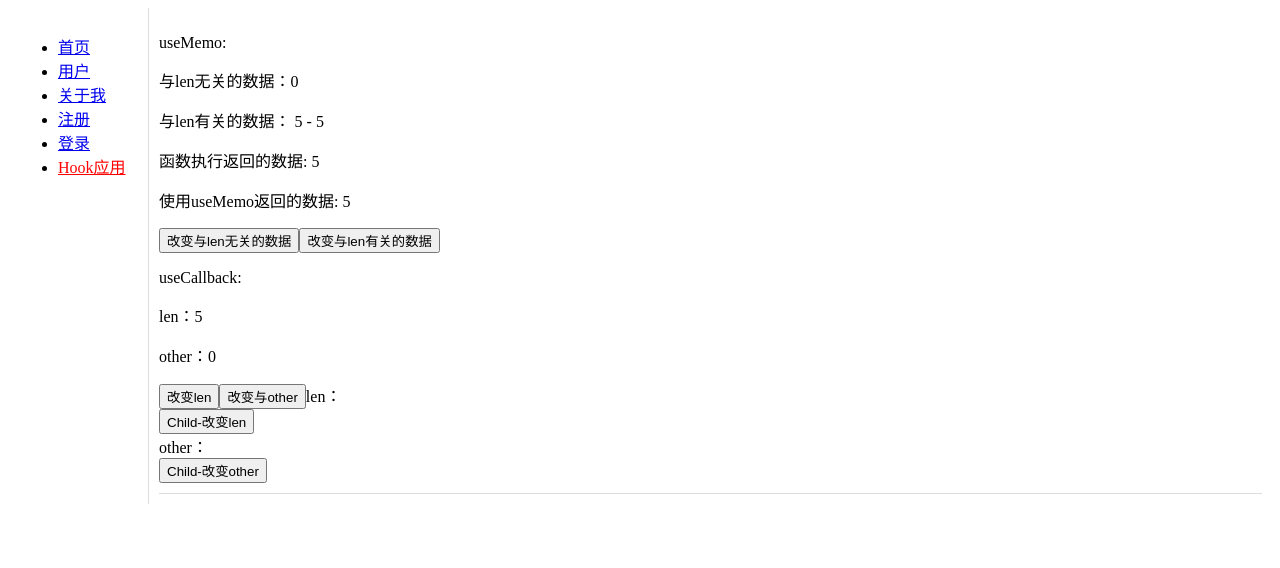
Repository: shellingfordly/js-library-Demo
Page: /hook (app in demo/react/demo/)
An editor plug-in stored every save of this project. The page is shown before and after the next save, followed by the edit.
The browser window is 1280 px wide. The pictures show the whole page.
The project was rebuilt for these pictures with package versions that can differ from the ones it lists, and the page was loaded fresh each time. Also part of the build but not shown: demo/react/demo/src/views/home/components/UseReducer.js, demo/react/demo/src/views/home/components/SetTimeout.js, demo/react/demo/src/views/home/hook/context.js, demo/react/demo/src/views/home/components/context/useContext.js, demo/react/demo/src/views/home/components/context/contextType.js, demo/react/demo/src/views/home/components/context/consumer.js, demo/react/demo/src/views/home/utils/highComponent.js, demo/react/demo/src/views/home/Home.js and 12 more.

Above is the page before, as saved 2021-01-18 08:45:32.

### demo/react/demo/src/index.js
import React from 'react';
import ReactDOM from 'react-dom';
import './index.css';
import App from './App';
import reportWebVitals from './reportWebVitals';
import {BrowserRouter as Route} from 'react-router-dom'

ReactDOM.render(
  <React.StrictMode>
    <Route>
      <App />
    </Route>
  </React.StrictMode>,
  document.getElementById('root')
);

// If you want to start measuring performance in your app, pass a function
// to log results (for example: reportWebVitals(console.log))
// or send to an analytics endpoint. Learn more: https://bit.ly/CRA-vitals
reportWebVitals();

### demo/react/demo/src/App.js

import './App.scss'
import { Component } from 'react'
import { NavLink, Route, Switch, Redirect } from 'react-router-dom'
import Home from './views/home/Home'
import About from './views/about/About'
import Register from './views/Register'
import User from './views/User'
import Login from './views/Login'
import store from './store'
import { userLogout } from './store/actions'
import Hook from './views/HookComponent'

export default class App extends Component {

  state = {
    isShow: false
  }

  componentDidMount() {
    store.subscribe(() => {
      const data = store.getState()
      this.setState({ isShow: data.isLogin })
    })
  }

  logout = () => {
    store.dispatch(userLogout())
  }


  render() {

    return (
      <div className="app">
        <div className="nav">
          <ul>
            <li>
              <NavLink to='/home'>首页</NavLink>
            </li>
            <li>
          <NavLink to='/user'>用户</NavLink>
            </li>
            <li>
          <NavLink to='/about'>关于我</NavLink>
            </li>
            <li>
          <NavLink to='/register'>注册</NavLink>
            </li>
            <li>
          <NavLink to='/login'>登录</NavLink>
            </li>
            <li>
          <NavLink to='/hook'>Hook应用</NavLink>
            </li>
          </ul>

        </div>
        <div className="content">
          <Switch>
            <Route path="/home" component={Home}></Route>
            <Route path="/user" component={User}></Route>
            <Route path="/about" component={About}></Route>
            <Route path="/register" component={Register}></Route>
            <Route path="/login" component={Login}></Route>
            <Route path="/hook" component={Hook}></Route>
            <Redirect to="/login"></Redirect>
          </Switch>
        </div>
      </div>


    )
  }
};

### demo/react/demo/src/App.scss
.app {
  // width: 80%;
  margin: auto;
  display: flex;

  .nav {
    width: 120px;
    padding: 10px;
    border-right: 1px solid #ddd;

    a {
      display: inline;
      width: 100%;
    }

    .active {
      color: red;
    }
  }

  .content {
    flex:1;
    padding: 10px;
    // display: flex;
    // justify-content: space-around;

    .login {
      .label {
        display: inline-block;
        width: 70px;
      }
      .btn {
        padding-top: 10px;
        text-align: center;

        button:first-child {
          margin-right: 10px;
        }
      }
    }
  }
}

.show {
  display: block;
}
.hide {
  display: none;
}

.b-line {
  padding-bottom: 10px;
  border-bottom: 1px solid #ddd;
}

### demo/react/demo/src/store/index.js
import {createStore, applyMiddleware}  from 'redux'
import thunk from 'redux-thunk'
import  rootReducer from './combineReducer'

export default createStore(rootReducer, applyMiddleware(thunk))

### demo/react/demo/src/store/actions.js
export function saveUser(data){
  return {
    type: 'SAVE',
    data
  }
}

export function getUser(data){
  return {
    type: 'GET',
    data
  }
}

export function userLogin(){
  return {
    type: 'LOGIN',
  }
}

export function userLogout(){
  return {
    type: 'LOGOUT',
  }
}

### demo/react/demo/src/views/HookComponent/index.js

import UseMemoComponent from './components/useMemo'
import UseCallbackComponent from './components/useCallback'

export default function HookComponent() {
  return (
    <div>
      <div className="b-line">
        <p>useMemo: </p>
        <UseMemoComponent />
        <p>useCallback:</p>
        <UseCallbackComponent />
      </div>
    </div>
  )
}

### demo/react/demo/src/store/combineReducer.js
import { combineReducers } from 'redux';

import * as reducer from './reducer';


const rootReducer = combineReducers({
  ...reducer
})

export default rootReducer;

### demo/react/demo/src/views/HookComponent/components/useMemo.js
import { useMemo, useState } from 'react'

export default function UseMemoComponent() {
  let [len, setLen] = useState(5)
  let [other, setOther] = useState(0)

  const memoData = useMemo(() => {
    console.log("memoData");
    let count = 0
    for (let i = 1; i <= len; i++) {
      count++
    }
    return count
  }, [len])

  function fnData() {
    console.log("fnData");
    let count = 0
    for (let i = 1; i <= len; i++) {
      count++
    }
    return count
  }

  return (
    <div>
      <p>与len无关的数据：{other} </p>
      <p> 与len有关的数据： {fnData()} - {memoData}</p>
      <p>函数执行返回的数据: {fnData()}</p>
      <p>使用useMemo返回的数据: {memoData}</p>
      <button onClick={() => { setOther(other++) }}>改变与len无关的数据</button>
      <button onClick={() => { setLen(len++) }}>改变与len有关的数据</button>
    </div>
  )
}

### demo/react/demo/src/views/HookComponent/components/useCallback.js
import { Component, PureComponent, useCallback, useState } from 'react'

export default function UseCallbackComponent() {
  let [len, setLen] = useState(5)
  let [other, setOther] = useState(0)

  function addLen() {
    setLen(len++)
  }

  const addOther = useCallback(() => {
    setOther(other++)
  }, [other])

  return (
    <div>
      <p>len：{len} </p>
      <p>other：{other} </p>
      <button onClick={addLen}>改变len</button>
      <button onClick={() => { setOther(len++) }}>改变与other</button>
      len：<LenChild addLen={addLen} />
      other：<OtherChild addOther={addOther} />
    </div>
  )
}

class LenChild extends Component {
  render() {
    console.log("未使用useCallback - 关联数据len");
    const { addLen } = this.props
    return (
      <div>
        <button onClick={addLen}>Child-改变len</button>
      </div>
    )
  }
}

class OtherChild extends PureComponent {
  render() {
    console.log("使用useCallback PureComponent - 关联数据other");
    const { addOther } = this.props
    return (
      <div>
        <button onClick={addOther}>Child-改变other</button>
      </div>
    )
  }
}

### demo/react/demo/src/store/reducer.js
const user_info = {
  username: '',
  password: '',
}

export function user(state = user_info, actions) {
  switch (actions.type) {
    case "SAVE":
      localStorage.setItem('user_info', JSON.stringify(actions.data))
      return { status: true, msg: '登录成功！' }
    case "GET":
      const hasUser = localStorage.getItem('user_info')
      if (hasUser) return { status: true, data: user, msg: '已登录！' }
      else return { status: false, msg: '未登录！' }
    default: return state
  }
}


export function isLogin(state = false, actions) {
  const hasUser = localStorage.getItem('user_info')
  switch (actions.type) {
    case "LOGIN":
      if (hasUser) return true
      else return false
    case "LOGOUT":
      if (hasUser) localStorage.removeItem('user_info')
      return false
    default: return state
  }
}

Loaded but not shown: demo/react/demo/public/index.html (common file); demo/react/demo/src/reportWebVitals.js (common file); demo/react/demo/src/index.css (no stored copy; drawn as an empty file)

After the next save:
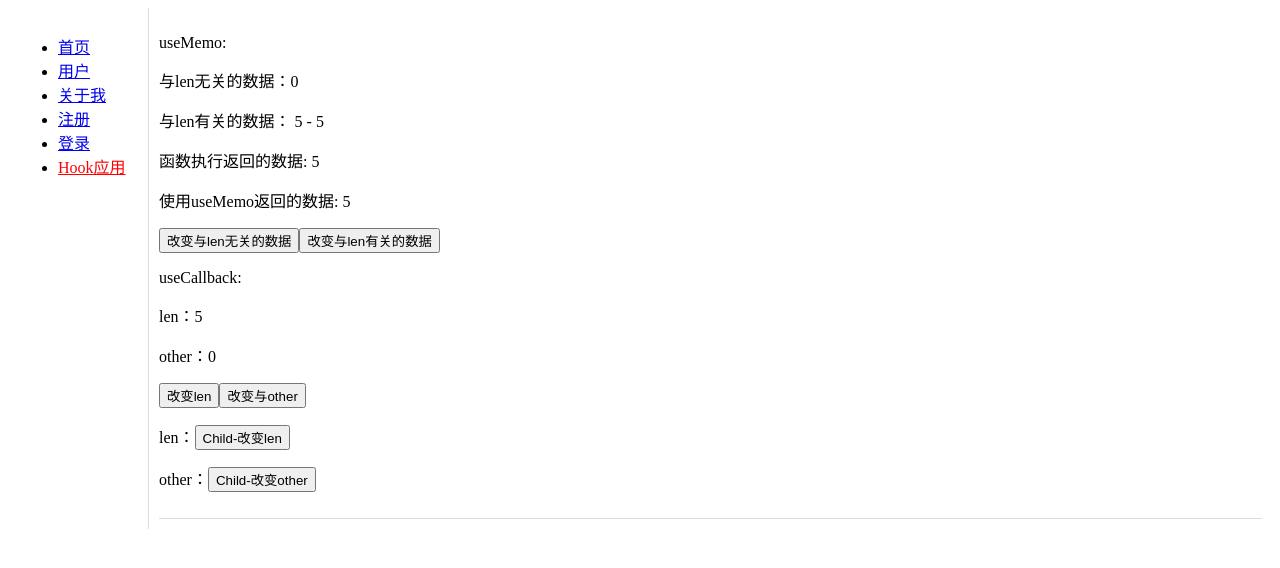
Saved 29 s later.
--- a/demo/react/demo/src/views/HookComponent/components/useCallback.js
+++ b/demo/react/demo/src/views/HookComponent/components/useCallback.js
@@ -18,8 +18,8 @@ export default function UseCallbackComponent() {
       <p>other：{other} </p>
       <button onClick={addLen}>改变len</button>
       <button onClick={() => { setOther(len++) }}>改变与other</button>
-      len：<LenChild addLen={addLen} />
-      other：<OtherChild addOther={addOther} />
+      <p>len：<LenChild addLen={addLen} /></p>
+      <p>other：<OtherChild addOther={addOther} /></p>
     </div>
   )
 }
@@ -29,9 +29,7 @@ class LenChild extends Component {
     console.log("未使用useCallback - 关联数据len");
     const { addLen } = this.props
     return (
-      <div>
         <button onClick={addLen}>Child-改变len</button>
-      </div>
     )
   }
 }
@@ -41,9 +39,7 @@ class OtherChild extends PureComponent {
     console.log("使用useCallback PureComponent - 关联数据other");
     const { addOther } = this.props
     return (
-      <div>
         <button onClick={addOther}>Child-改变other</button>
-      </div>
     )
   }
 }
